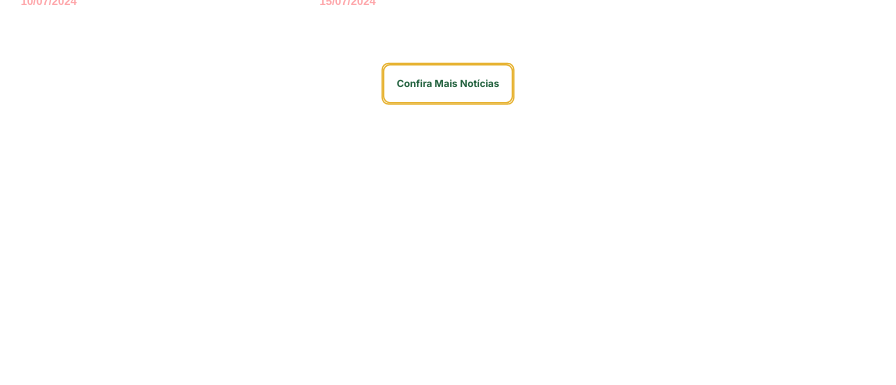
Repository: MarcelloMello90/itj2
Page: index.html
An editor plug-in stored every save of this project. The page is shown before and after the next save, followed by the edit.
The browser window is 1280 px wide. The pictures show the part of the page from y = 1611 to 3531 px (the page is 2161 px tall before and 6476 px after), at 70% of full size.

Above is the page before, as saved 2024-07-22 04:48:45.

After the next save:
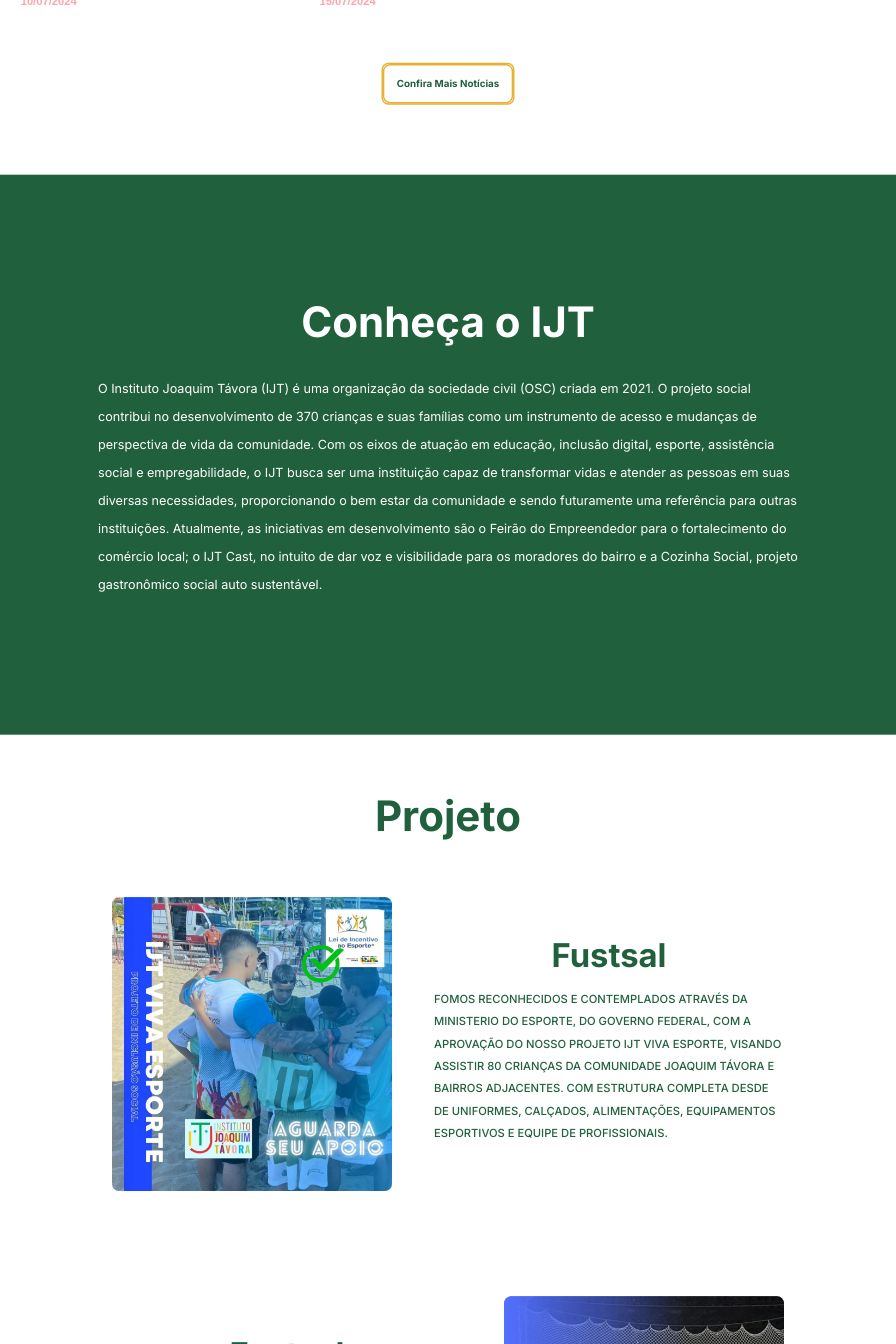
Saved 14 h 55 min later.
--- a/index.html
+++ b/index.html
@@ -125,7 +125,7 @@
           </button>
         </section>
 
-       <!-- <section id="section2">
+        <section id="section2">
 
           <div class="wrapper_section2">
             <h1>Conheça o IJT</h1>
@@ -260,8 +260,8 @@
 
           </div>
         </section>
-      </main> -->
-      <!-- <footer>
+      </main>
+       <footer>
         <div class="wrapper_footer">
           <div class="box-logo">
             <img
@@ -287,7 +287,7 @@
       </footer>
       <div class="footer-ano">
         <span>2024 - Todos os direito reservados | <a href="https://github.com/MarcelloMello90">Criado por Marcelo Melo</a></span>
-      </div> -->
+      </div>
     </div>
   </div>
   <script src="./script.js"></script>

After the save that followed:
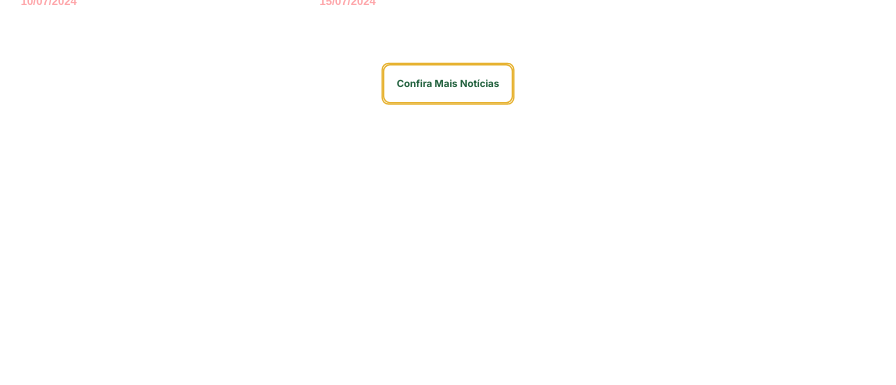
Saved 4 min 15 s later.
--- a/index.html
+++ b/index.html
@@ -125,7 +125,7 @@
           </button>
         </section>
 
-        <section id="section2">
+       <!-- <section id="section2">
 
           <div class="wrapper_section2">
             <h1>Conheça o IJT</h1>
@@ -260,8 +260,8 @@
 
           </div>
         </section>
-      </main>
-       <footer>
+      </main> -->
+      <!-- <footer>
         <div class="wrapper_footer">
           <div class="box-logo">
             <img
@@ -287,7 +287,7 @@
       </footer>
       <div class="footer-ano">
         <span>2024 - Todos os direito reservados | <a href="https://github.com/MarcelloMello90">Criado por Marcelo Melo</a></span>
-      </div>
+      </div> -->
     </div>
   </div>
   <script src="./script.js"></script>
